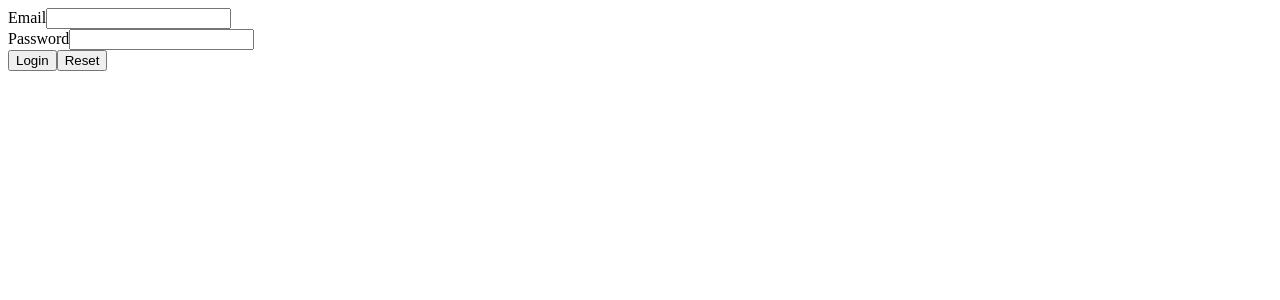
Repository: laxmichauhan/Student-Data-Insertion
Page: Application1/WebContent/register.html
These files come from the project's save history. The page is drawn as it stood at one moment and after the next save; the edit follows.
The browser window is 1280 px wide. The pictures show the whole page.

Above is the page before, as saved 2019-02-19 07:05:07.

After the next save:
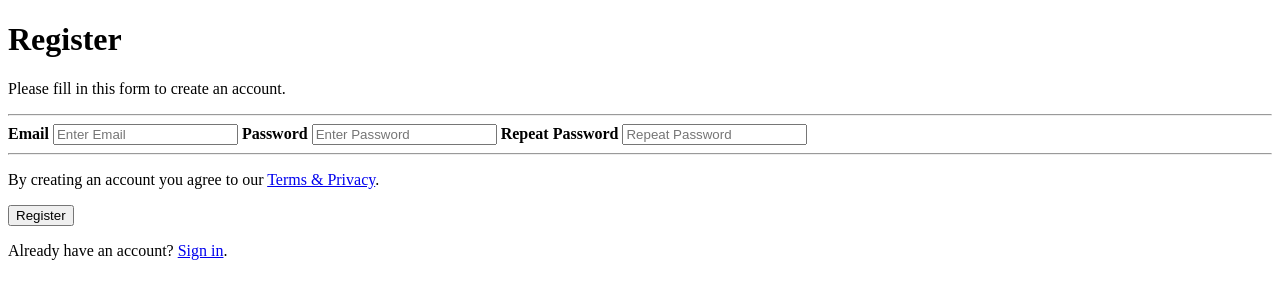
Saved 99 s later.
--- a/Application1/WebContent/register.html
+++ b/Application1/WebContent/register.html
@@ -5,13 +5,30 @@
 <title>Insert title here</title>
 </head>
 <body>
-<form action="Verify" method="post">
-Email<input type="text" name="email"/><br>
-Password<input type="password" name="password"/><br>
-<button type="Login" value="login"/>Login
-<button type="Reset" value="reset"/>Reset
+<form action="action_page.php">
+  <div class="container">
+    <h1>Register</h1>
+    <p>Please fill in this form to create an account.</p>
+    <hr>
 
+    <label for="email"><b>Email</b></label>
+    <input type="text" placeholder="Enter Email" name="email" required>
 
+    <label for="psw"><b>Password</b></label>
+    <input type="password" placeholder="Enter Password" name="psw" required>
+
+    <label for="psw-repeat"><b>Repeat Password</b></label>
+    <input type="password" placeholder="Repeat Password" name="psw-repeat" required>
+    <hr>
+
+    <p>By creating an account you agree to our <a href="#">Terms & Privacy</a>.</p>
+    <button type="submit" class="registerbtn">Register</button>
+  </div>
+
+  <div class="container signin">
+    <p>Already have an account? <a href="#">Sign in</a>.</p>
+  </div>
+</form>
 </form>
 
 </body>
